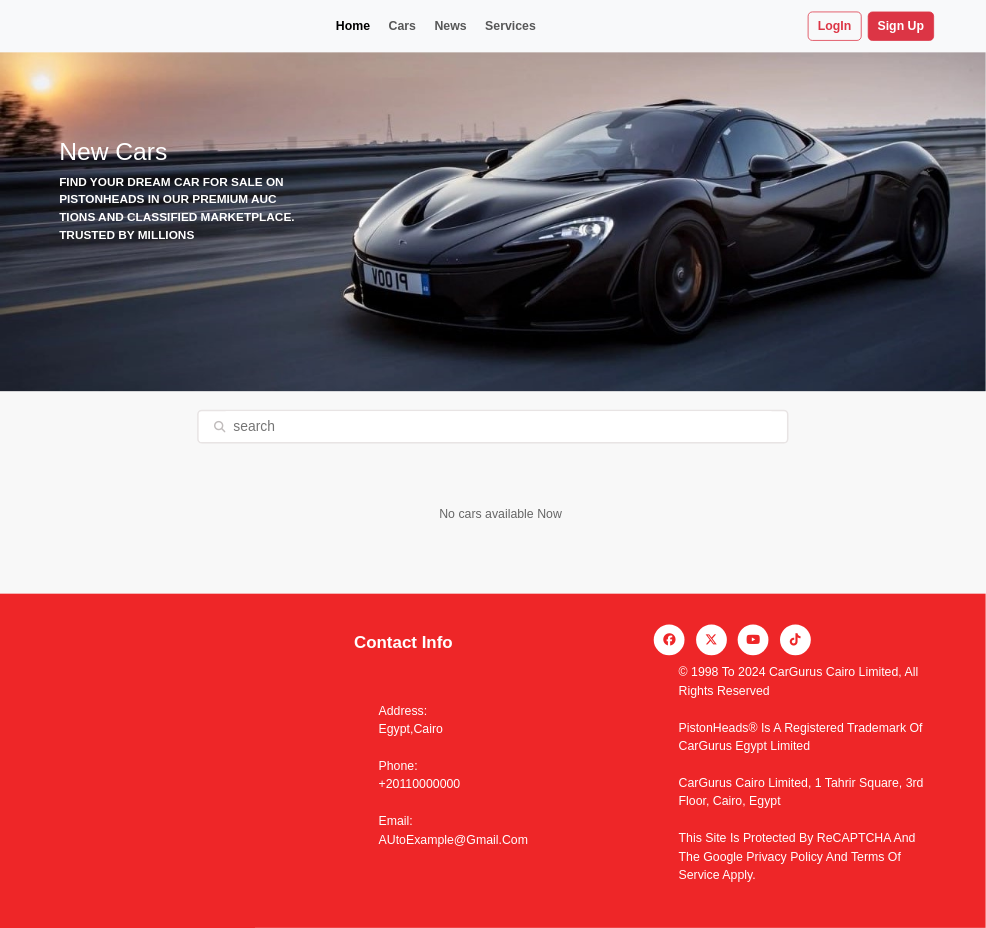
Repository: Salah-Wael/cars
Page: http://localhost/cars
The author's editor kept a copy of each file at every save. The page is drawn from the files as they stood at one save, then again after the next save.
The browser window is 1280 px wide. The pictures show the whole page, at 77% of full size.
Some web fonts or font styles are not loaded; a fallback is used. Some web libraries are served in a nearby version. The page is served by the project's Laravel application, run on PHP 8.4 with Laravel 10. Other server files are loaded and not shown. Queries for data that is not in the repository find no rows.

Above is the page before, as saved 2024-10-14 02:59:40.

### resources/views/layouts/app.blade.php
<!DOCTYPE html>
<html lang="en">

<head>
    <meta charset="UTF-8">
    <meta name="viewport" content="width=device-width, initial-scale=1.0">
    <meta http-equiv="X-UA-Compatible" content="ie=edge">
    <!-- CSRF Token -->
    <meta name="csrf-token" content="{{ csrf_token() }}">

    <!-- title -->
    <title>Cars - @yield('title', 'Home')</title>
    <link rel="stylesheet" href="https://cdnjs.cloudflare.com/ajax/libs/font-awesome/6.0.0-beta3/css/all.min.css">
    <link rel="stylesheet" href="https://cdnjs.cloudflare.com/ajax/libs/font-awesome/6.6.0/css/all.min.css">
    <link rel="stylesheet" href="https://cdn.jsdelivr.net/npm/bootstrap@5.3.2/dist/css/bootstrap.min.css"
        integrity="sha384-T3c6CoIi6uLrA9TneNEoa7RxnatzjcDSCmG1MXxSR1GAsXEV/Dwwykc2MPK8M2HN" crossorigin="anonymous">
    <link rel="preconnect" href="https://fonts.googleapis.com">
    <link rel="preconnect" href="https://fonts.gstatic.com" crossorigin>
    <link href="https://fonts.googleapis.com/css2?family=Bai+Jamjuree:ital,wght@1,500&display=swap" rel="stylesheet">
    <link rel="stylesheet" href="{{ asset('assets/css/app.css') }}">

    @yield('css')

</head>

<body>

    <nav class="navbar navbar-expand-lg bg-body-tertiary">
        <div class="container">
            <a class="navbar-brand fw-bold fs-3" href="{{ route('dashboard') }}">
                <img src="{{ asset('') }}" alt="">
            </a>
            <button class="navbar-toggler" type="button" data-bs-toggle="collapse"
                data-bs-target="#navbarSupportedContent" aria-controls="navbarSupportedContent" aria-expanded="false"
                aria-label="Toggle navigation">
                <span class="navbar-toggler-icon"></span>
            </button>
            <div class="collapse navbar-collapse justify-content-between" id="navbarSupportedContent">
                <div class="mx-auto">
                    <ul class="navbar-nav mb-2 mb-lg-0">
                        <li class="nav-item">
                            <a class="nav-link active fw-semibold fs-6 ms-2" aria-current="page"
                                href="{{ route('dashboard') }}">Home</a>
                        </li>
                        <!-- Cars (with sub-menu) -->
                        <li class="nav-item dropdown">
                            <a class="nav-link fw-semibold fs-6 ms-2" href="{{ route('car.index') }}">Cars</a> <!-- Direct link -->

                            <ul class="dropdown-menu" aria-labelledby="navbarDropdown">
                                <li><a class="dropdown-item" href="{{ route('car.index') }}">All Cars</a></li>
                                <li><a class="dropdown-item" href="{{ route('car.create') }}">Sell your Car</a></li>
                                @if (auth()->check() && auth()->user()->role == 'admin')
                                    <li><a class="dropdown-item" href="{{ route('car.table') }}">Cars Table</a></li>
                                    <li><a class="dropdown-item" href="{{ route('car.archived') }}">Archived Cars</a></li>
                                @endif
                            </ul>
                        </li>
                        <!-- News (with sub-menu) -->
                        <li class="nav-item dropdown">
                            <a class="nav-link fw-semibold fs-6 ms-2" href="{{ route('news.index') }}">News</a>

                            @if (auth()->check() && auth()->user()->role == 'admin')
                                <ul class="dropdown-menu" aria-labelledby="navbarDropdown">
                                    <li><a class="dropdown-item" href="{{ route('news.create') }}">Create new news</a></li>
                                </ul>
                            @endif
                        </li>
                        <!-- Tags (with sub-menu) -->
                        @if (auth()->check() && auth()->user()->role == 'admin')
                            <li class="nav-item dropdown">
                                <a class="nav-link fw-semibold fs-6 ms-2" href="{{ route('tag.index') }}">Tags</a>

                                <ul class="dropdown-menu" aria-labelledby="navbarDropdown">
                                    <li><a class="dropdown-item" href="{{ route('tag.create') }}">Create new tag</a></li>
                                </ul>
                            </li>
                        @endif
                        <li class="nav-item">
                            <a class="nav-link fw-semibold fs-6 ms-2" href="{{ route('services') }}">Services</a>
                        </li>
                    </ul>
                </div>
                <!-- Right aligned Log In and Sign Up buttons -->
                <ul class="navbar-nav mb-lg-0">
                    @guest


                        @if (Route::has('login'))
                            <li class="nav-item">
                                <a class="btn btn-outline-danger fw-semibold fs-6 ms-2" href="{{ route('login') }}">LogIn</a>
                            </li>
                        @endif
                        @if (Route::has('register'))
                            <li class="nav-item">
                                <a class="btn btn-danger fw-semibold fs-6 ms-2" href="{{ route('register') }}">Sign Up</a>
                            </li>
                        @endif
                    @else
                        <li>
                            <a href="#" {{ Auth::user()->name }} </a>
                        </li>
                        <li class="nav-item">
                            <a class="btn btn-danger fw-semibold fs-6 ms-2"
                                href="{{ route('logout') }}"
                                onclick="event.preventDefault();
                                        document.getElementById('logout-form').submit();">
                                {{ __('Logout') }}
                            </a>
                            <form id="logout-form" action="{{ route('logout') }}" method="POST" class="d-none">
                                @csrf
                            </form>
                        </li>
                    @endguest
                </ul>
            </div>
        </div>
    </nav>



    @section('content')
        <section class="who_us">
            <div class="container">
                <div class="row">
                    <div class="high col-md-6">
                        <p class="high_text_lg">High Performance Cars
                            in your hands</p>
                        <p class="high_lorem">Lorem ipsum dolor sit amet consectetur.
                            Commodo ut tincidunt tincidunt purus
                            aenean curabitur. Eget ipsum vitae in
                            aliquam turpis facilisi. Vestibulum

                        </p>
                        <button onclick="window.location.href='{{ route('car.index') }}'" class="high_btn">Buy Now</button>
                    </div>
                    <div class="high_image col-md-6">
                        <img class="high_img" src="{{ asset('assets/img/app/wallpaperflare.com_wallpaper (2).jpg') }}" alt="">
                    </div>
                </div>
            </div>

        </section>
        <section class="offer mt-3">
            <div class="offer_for_you container text-center">
                <p style="color: #EE2628;">
                    OUR BENEFITS
                </p>
                <h1>WHAT WE OFFER FOR YOU</h1>
                <p style="color:  #6C6C6C;">"We offer everything you need to find the perfect car, with competitive prices
                    and exceptional services."</p>
            </div>
        </section>
        <section class="car mt-3">
            <div class="container">
                <div class="row">
                    <div class="car_img col-md-3">
                        <div class="car_content">
                            <img src="{{ asset('assets/img/app/1.jpeg') }}" alt="Trusted Quality">
                            <div class="overlay_text">Trusted Quality</div>
                        </div>
                    </div>
                    <div class="car_img col-md-3">
                        <div class="car_content">
                            <img src="{{ asset('assets/img/app/2.jpeg') }}" alt="Flexible Payments">
                            <div class="overlay_text">Flexible Payments</div>
                        </div>
                    </div>
                    <div class="car_img col-md-3">
                        <div class="car_content">
                            <img src="{{ asset('assets/img/app/3.jpeg') }}" alt="Expert Maintenance">
                            <div class="overlay_text">Expert Maintenance</div>
                        </div>
                    </div>
                    <div class="car_img col-md-3">
                        <div class="car_content">
                            <img src="{{ asset('assets/img/app/4.jpeg') }}" alt="Trade-In Offers">
                            <div class="overlay_text">Trade-In Offers</div>
                        </div>
                    </div>
                </div>
            </div>
        </section>



        <section class="new_car mt-5">
            <div class="title text-center">
                <h2><a href="{{ route('car.index') }}" style="">Cars</a></h2>
                <div class="border"></div>
            </div>

            <div class="container mt-3">
                <div class="row">
                    <div class="new_car_car col-md-4">
                        <div class="car_card">
                            <img src="{{ asset('assets/img/news/5.webp') }}" alt="2024 Chevrolet Camaro ILT Convertible">
                            <div class="car_details">
                                <h4>2024 Chevrolet Camaro ILT Convertible</h4>
                                <p><strong>Exterior:</strong> Black</p>
                                <p><strong>Engine:</strong> 5.7L V-8 Gas V</p>
                                <p><strong>Fuel Type:</strong> Gas</p>
                                <div class="car_status">Used</div>
                            </div>
                        </div>
                    </div>
                    <div class="new_car_car col-md-4">
                        <div class="car_card">
                            <img src="{{ asset('assets/img/news/6.webp') }}" alt="2023 Dodge Challenger R/T RWD">
                            <div class="car_details">
                                <h4>2023 Dodge Challenger R/T RWD</h4>
                                <p><strong>Exterior:</strong> Triple Nickel Clearcoat</p>
                                <p><strong>Engine:</strong> 5.7L V-8 Gas V</p>
                                <p><strong>Fuel Type:</strong> Gas</p>
                                <div class="car_status">Used</div>
                            </div>
                        </div>
                    </div>
                    <div class="new_car_car col-md-4">
                        <div class="car_card">
                            <img src="{{ asset('assets/img/news/7.webp') }}" alt="2024 Ram 2500 Tradesman">
                            <div class="car_details">
                                <h4>2024 Ram 2500 Tradesman</h4>
                                <p><strong>Exterior:</strong> Black</p>
                                <p><strong>Engine:</strong> 6.4L V-8 Gas V</p>
                                <p><strong>Fuel Type:</strong> Gas</p>
                                <div class="car_status">Used</div>
                            </div>
                        </div>
                    </div>
                </div>
            </div>
        </section>

        <section class="new_car mt-5">
            <div class="title text-center">
                <h2><a href="{{ route('news.index') }}" style="">News Cars</a></h2>
                <div class="border"></div>
            </div>

            <div class="container mt-3">
                <div class="row">
                    <div class="new_car_car col-md-4">
                        <div class="car_card">
                            <img src="{{ asset('assets/img/news/1.webp') }}" alt="2024 Chevrolet Camaro ILT Convertible">
                            <div class="car_details">
                                <h4>2024 Chevrolet Camaro ILT Convertible</h4>
                                <p><strong>Exterior:</strong> Black</p>
                                <p><strong>Engine:</strong> 5.7L V-8 Gas V</p>
                                <p><strong>Fuel Type:</strong> Gas</p>
                                <div class="car_status">NEW</div>
                            </div>
                        </div>
                    </div>
                    <div class="new_car_car col-md-4">
                        <div class="car_card">
                            <img src="{{ asset('assets/img/news/2.webp') }}" alt="2023 Dodge Challenger R/T RWD">
                            <div class="car_details">
                                <h4>2023 Dodge Challenger R/T RWD</h4>
                                <p><strong>Exterior:</strong> Triple Nickel Clearcoat</p>
                                <p><strong>Engine:</strong> 5.7L V-8 Gas V</p>
                                <p><strong>Fuel Type:</strong> Gas</p>
                                <div class="car_status">NEW</div>
                            </div>
                        </div>
                    </div>
                    <div class="new_car_car col-md-4">
                        <div class="car_card">
                            <img src="{{ asset('assets/img/news/3.webp') }}" alt="2024 Ram 2500 Tradesman">
                            <div class="car_details">
                                <h4>2024 Ram 2500 Tradesman</h4>
                                <p><strong>Exterior:</strong> Black</p>
                                <p><strong>Engine:</strong> 6.4L V-8 Gas V</p>
                                <p><strong>Fuel Type:</strong> Gas</p>
                                <div class="car_status">NEW</div>
                            </div>
                        </div>
                    </div>
                </div>
            </div>
        </section>

        <section class="feedback mt-5 ">
            <div class="title ms-5">
                <h1>What people are saying about us</h1>
                <div class="border1"></div>
            </div>
            <div class="container">
                <div class="row justify-content-center">
                    <div class="testimonial-card">
                        <span class="testimonial-icon">🌟🌟🌟🌟</span>
                        <h3 class="testimonial-title">Great selection of cars.</h3>
                        <p class="testimonial-text">The website helped me find my dream car!</p>
                        <p class="testimonial-date">10 September 2024</p>
                    </div>
                    <div class="testimonial-card">
                        <span class="testimonial-icon">🌟</span>
                        <h3 class="testimonial-title">Great selection of cars.</h3>
                        <p class="testimonial-text">The website helped me find my dream car!</p>
                        <p class="testimonial-date">10 September 2024</p>
                    </div>
                    <div class="testimonial-card">
                        <span class="testimonial-icon">🌟</span>
                        <h3 class="testimonial-title">Great selection of cars.</h3>
                        <p class="testimonial-text">The website helped me find my dream car!</p>
                        <p class="testimonial-date">10 September 2024</p>
                    </div>

                </div>
            </div>
        </section>
    @show

    <footer class="footer">
        <div class="container">
            <div class="row">

                <div class="footer-col">
                    <img class="logo"></img>
                </div>

                <div class="footer-col">
                    <h3>Contact Info</h3>
                    <br>
                    <ul>
                        <li><a href="#"> Address: <br><span> Egypt,Cairo</span></a></li><br>
                        <li><a href="#"> Phone: <br><span>+20110000000</span></a></li><br>
                        <li><a href="#"> Email: <br><span>AUtoExample@gmail.com</span></a></li>
                    </ul>

                </div>

                <div class="footer-col">
                    <diV class="social-links">
                        <a href="#"><i class="fa-brands fa-facebook"></i></a>
                        <a href="#"><i class="fa-brands fa-x-twitter"></i></a>
                        <a href="#"><i class="fa-brands fa-youtube"></i></a>
                        <a href="#"><i class="fa-brands fa-tiktok"></i></a>
                    </diV>

                    <ul>
                        <li><a href="#">© 1998 to 2024 CarGurus Cairo Limited, All Rights Reserved</a></li><br>
                        <li><a href="#">PistonHeads® is a registered trademark of CarGurus Egypt Limited</a></li>
                        <br>
                        <li><a href="#">CarGurus Cairo Limited, 1 Tahrir Square, 3rd Floor, Cairo, Egypt</a></li>
                        <br>
                        <li><a href="#">This site is protected by reCAPTCHA and the Google Privacy Policy and
                                Terms of Service apply.</a></li>
                    </ul>

                </div>

            </div>
        </div>
    </footer>

    <script src="https://cdn.jsdelivr.net/npm/bootstrap@5.3.2/dist/js/bootstrap.min.js"
        integrity="sha384-BBtl+eGJRgqQAUMxJ7pMwbEyER4l1g+O15P+16Ep7Q9Q+zqX6gSbd85u4mG4QzX+" crossorigin="anonymous">
    </script>
    @yield('script')
</body>

</html>

Loaded but not shown: routes/auth.php (common file); app/Http/Controllers/Auth/EmailVerificationPromptController.php (common file); app/Http/Controllers/Controller.php (common file); app/Http/Controllers/Auth/VerifyEmailController.php (common file); resources/views/dashboard.blade.php (common file); app/View/Components/AppLayout.php (common file); app/Http/Controllers/CarController.php (202 lines, source omitted); public/assets/css/app.css (296 lines, source omitted); public/assets/css/car/index.css (171 lines, source omitted); resources/views/car/index.blade.php (67 lines, source omitted); app/Models/Car.php (22 lines, source omitted); routes/web.php (77 lines, source omitted)

After the next save:
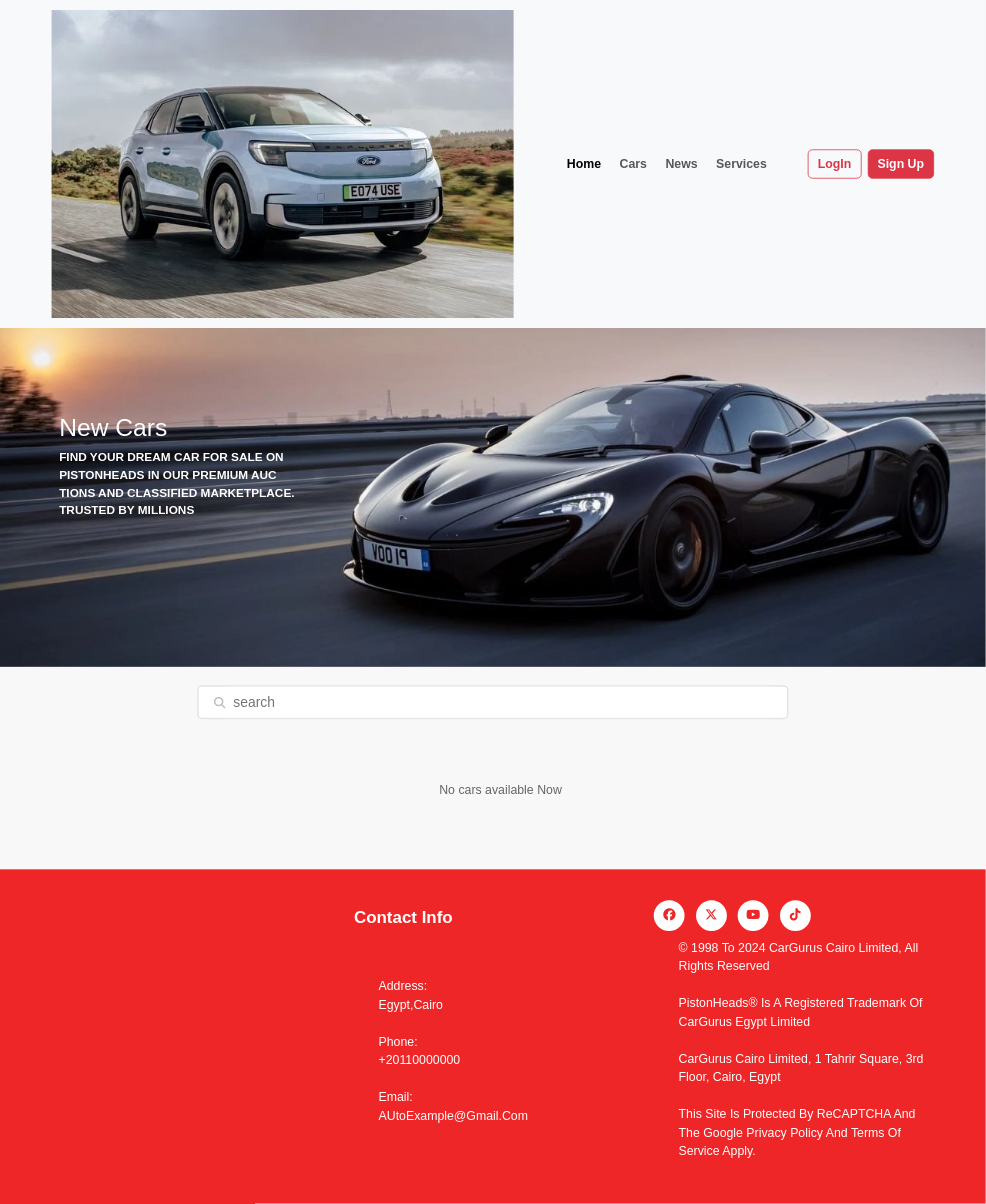
Saved 11 s later.
--- a/resources/views/layouts/app.blade.php
+++ b/resources/views/layouts/app.blade.php
@@ -28,7 +28,7 @@
     <nav class="navbar navbar-expand-lg bg-body-tertiary">
         <div class="container">
             <a class="navbar-brand fw-bold fs-3" href="{{ route('dashboard') }}">
-                <img src="{{ asset('') }}" alt="">
+                <img src="{{ asset('assets/img/news/9.webp') }}" alt="">
             </a>
             <button class="navbar-toggler" type="button" data-bs-toggle="collapse"
                 data-bs-target="#navbarSupportedContent" aria-controls="navbarSupportedContent" aria-expanded="false"

After the save that followed:
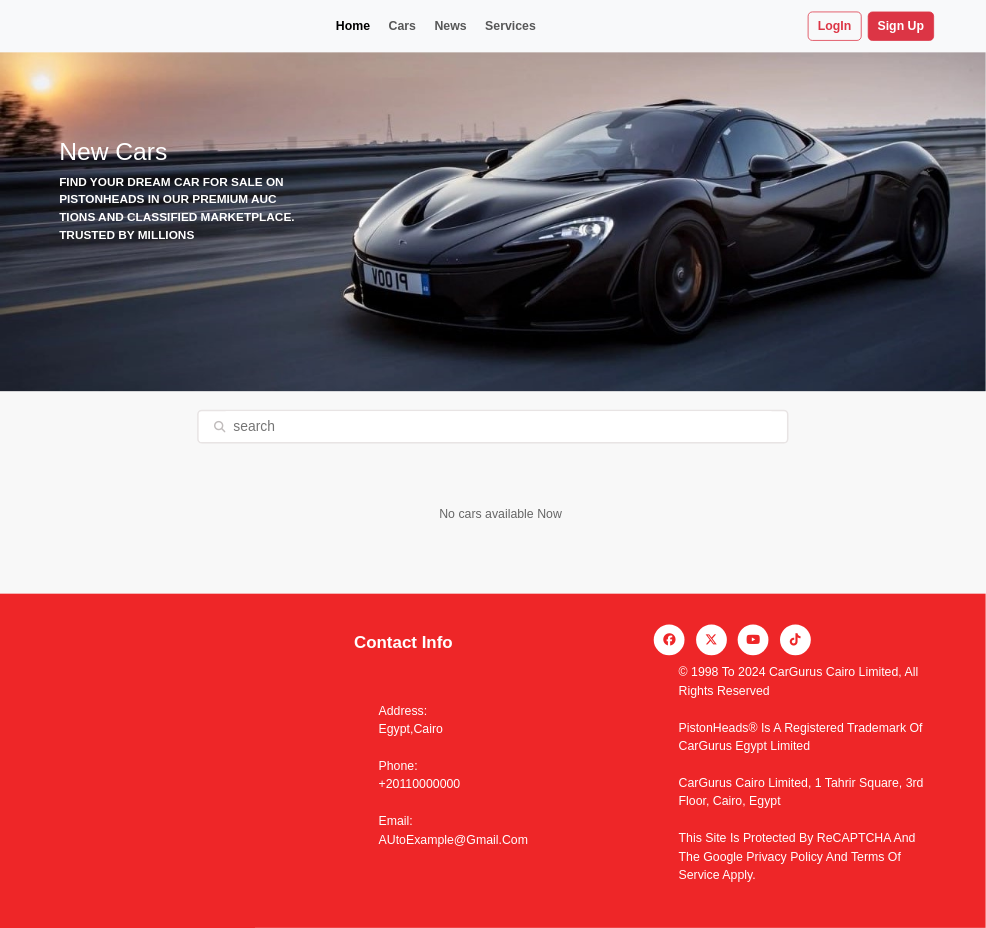
Saved 4 s later.
--- a/resources/views/layouts/app.blade.php
+++ b/resources/views/layouts/app.blade.php
@@ -28,7 +28,7 @@
     <nav class="navbar navbar-expand-lg bg-body-tertiary">
         <div class="container">
             <a class="navbar-brand fw-bold fs-3" href="{{ route('dashboard') }}">
-                <img src="{{ asset('assets/img/news/9.webp') }}" alt="">
+                <img src="{{ asset('assets/img/') }}" alt="">
             </a>
             <button class="navbar-toggler" type="button" data-bs-toggle="collapse"
                 data-bs-target="#navbarSupportedContent" aria-controls="navbarSupportedContent" aria-expanded="false"
